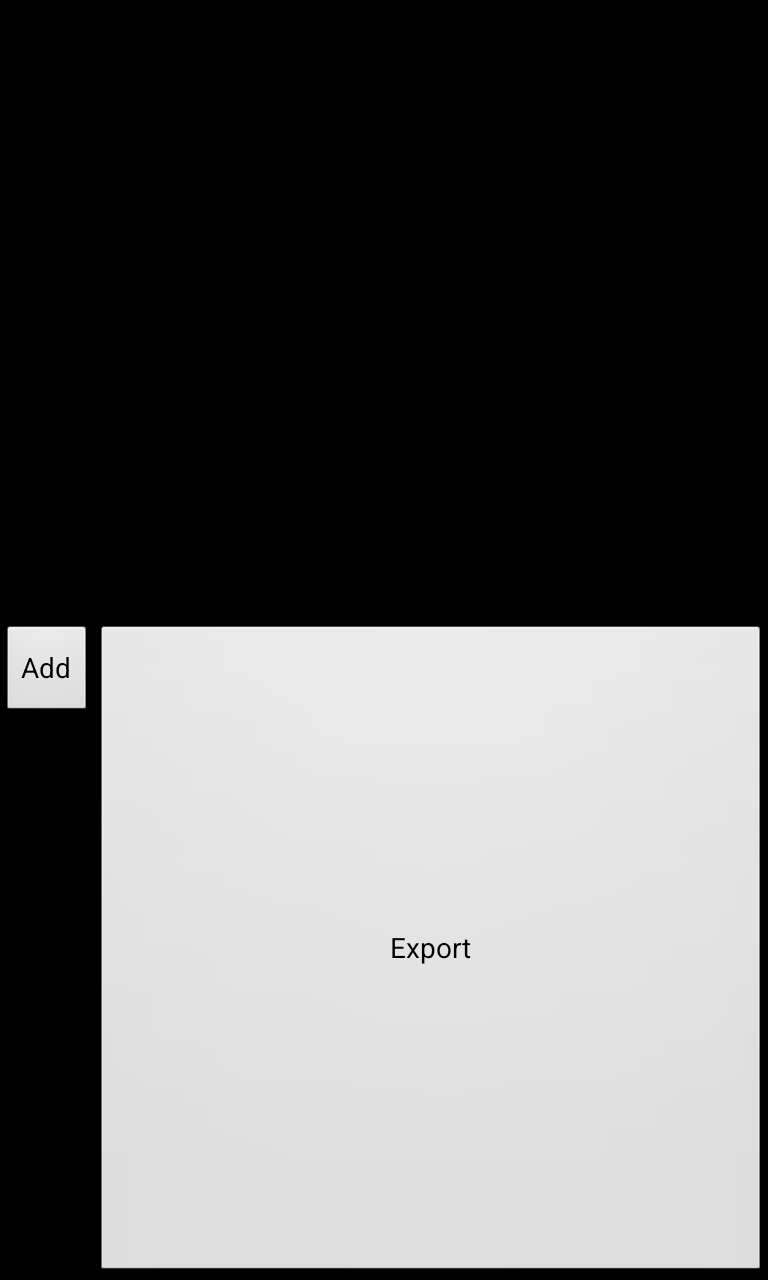
Repository: codingricky/android-expense-it
Layout: expenseit/res/layout/receipt.xml
The author's editor kept a copy of each file at every save. The layout is drawn from the files as they stood at one save, then again after the next save.
It is drawn on a 768 x 1280 px phone screen (xhdpi) without system bars, with theme android:Theme; the app's code is not run. Lists and similar views that code fills are empty.

Above is the layout before, as saved 2012-04-29 00:29:30.

### expenseit/res/layout/receipt.xml
<?xml version="1.0" encoding="utf-8"?>
<RelativeLayout xmlns:android="http://schemas.android.com/apk/res/android"
    android:layout_width="match_parent"
    android:layout_height="match_parent"
    android:orientation="vertical" >

    <ListView
        android:id="@+id/list"
        android:layout_width="fill_parent"
        android:layout_height="312dp"
        android:layout_weight="0.57" >
    </ListView>

    <Button
        android:id="@+id/addReceiptButton"
        android:layout_width="wrap_content"
        android:layout_height="wrap_content"
        android:layout_alignParentLeft="true"
        android:layout_below="@+id/list"
        android:text="Add" />

    <Button
        android:id="@+id/exportReceiptsButton"
        android:layout_width="wrap_content"
        android:layout_height="wrap_content"
        android:layout_alignParentBottom="true"
        android:layout_alignParentRight="true"
                android:layout_alignTop="@+id/addReceiptButton"
        android:layout_toRightOf="@+id/addReceiptButton"
        android:text="Export" />

</RelativeLayout>

After the next save:
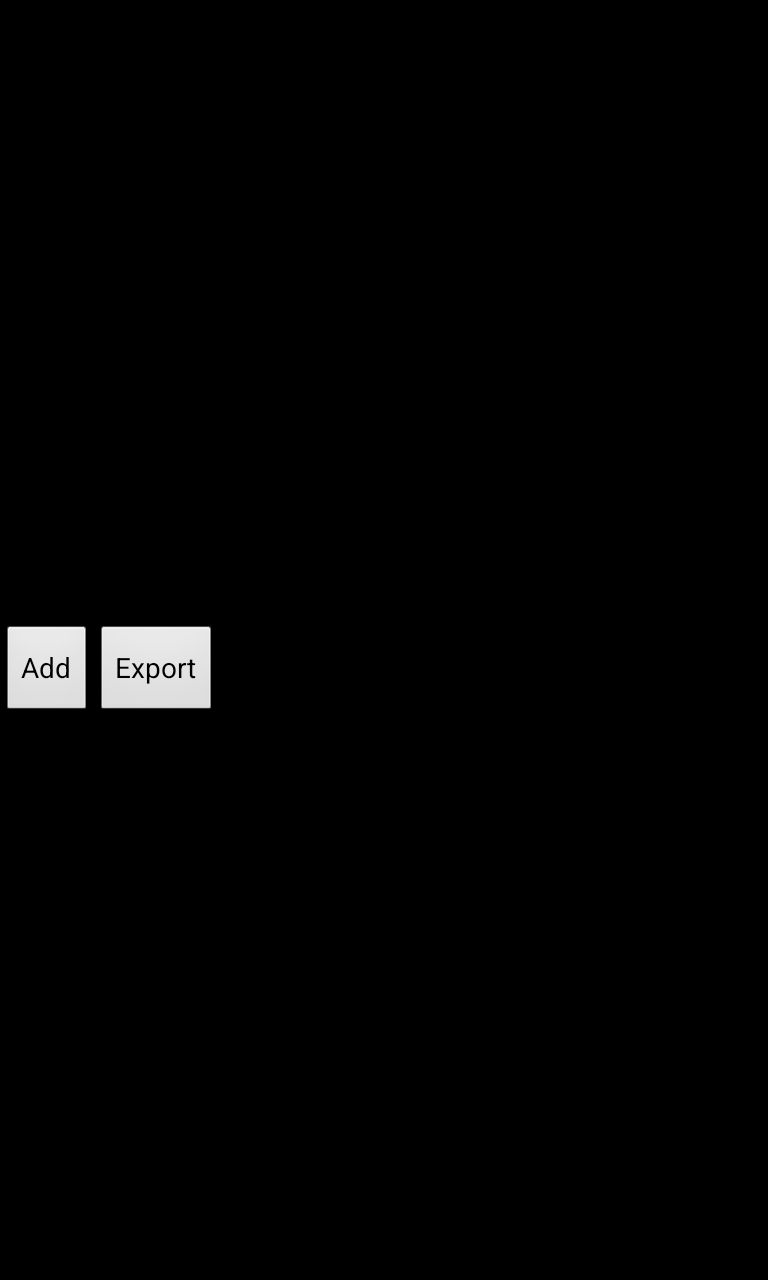
Saved 9 s later.
--- a/expenseit/res/layout/receipt.xml
+++ b/expenseit/res/layout/receipt.xml
@@ -23,9 +23,7 @@
         android:id="@+id/exportReceiptsButton"
         android:layout_width="wrap_content"
         android:layout_height="wrap_content"
-        android:layout_alignParentBottom="true"
-        android:layout_alignParentRight="true"
-                android:layout_alignTop="@+id/addReceiptButton"
+        android:layout_alignTop="@+id/addReceiptButton"
         android:layout_toRightOf="@+id/addReceiptButton"
         android:text="Export" />
 
